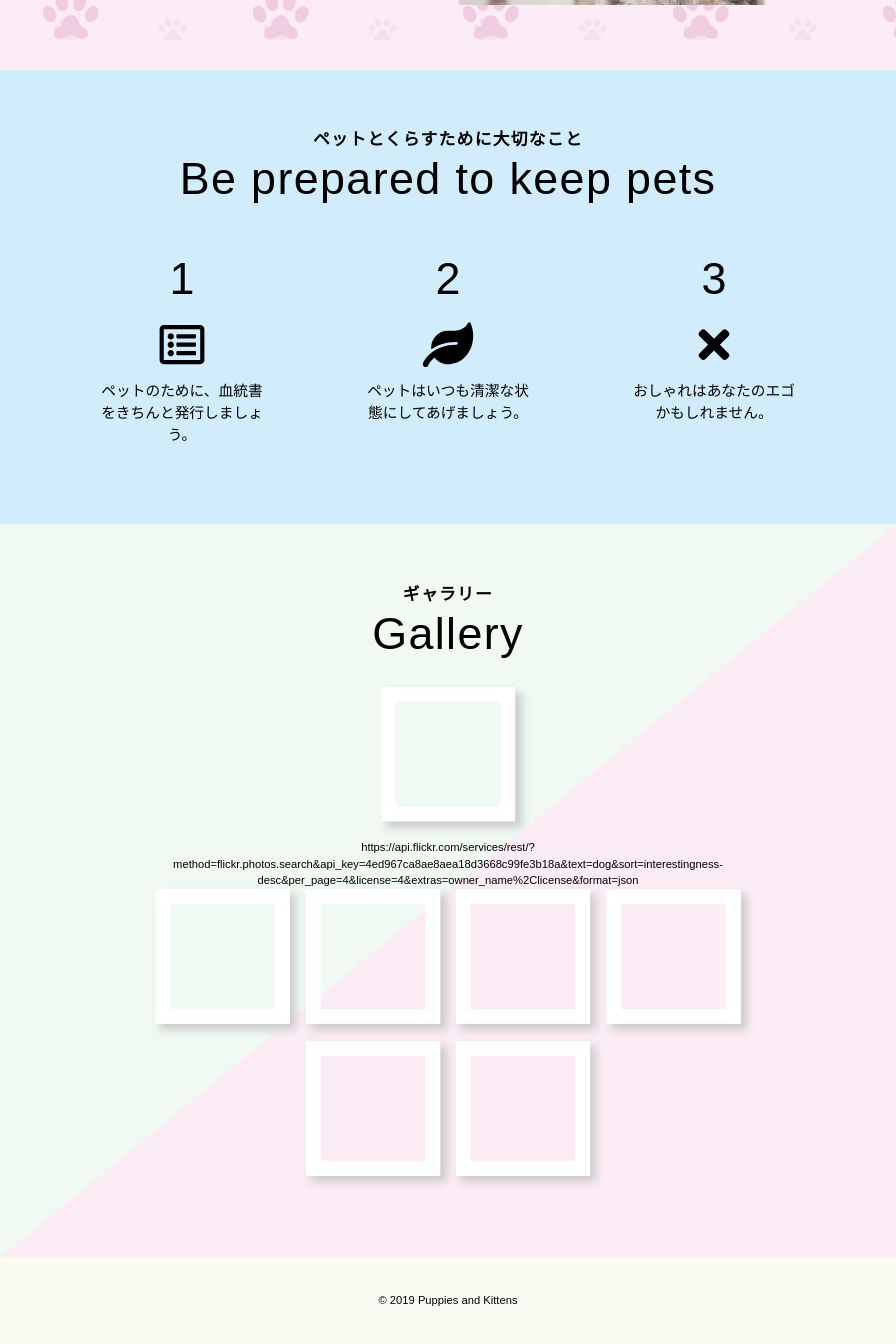
Repository: taekowithrowgit/frontend
Page: environment/api/add-api/rich-site/index.html
The author's editor kept a record of every edit. The page is drawn from the files as they stood at one moment, then again after the next edit.
The browser window is 1280 px wide. The pictures show the part of the page from y = 2149 to 4069 px (the page is 4069 px tall), at 70% of full size.
A picture or video elsewhere on the page could not be fetched, so the positions and the page height are approximate. The page's requests for data from a server got no answer. Some web fonts or font styles are not loaded; a fallback is used.

Above is the page before.

After the next edit:
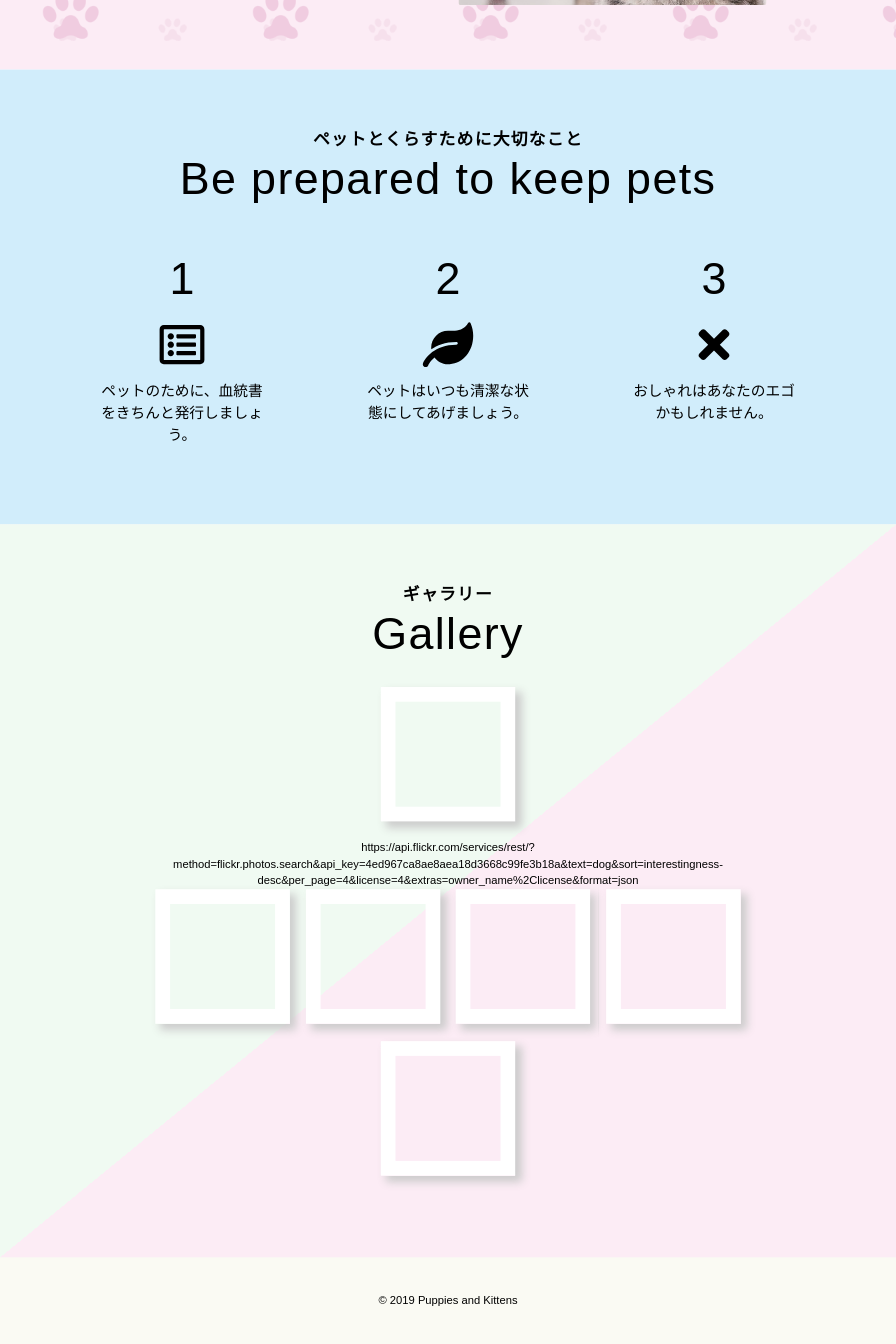
The edit:
--- a/environment/api/add-api/rich-site/index.html
+++ b/environment/api/add-api/rich-site/index.html
@@ -346,7 +346,7 @@
         <!--  <img class="img-fluid" src="img/gallery-thumbnail/kitten2.jpg" width="150" height="150" alt="スコティッシュフォールド">-->
         <!--</a>-->
       </div>
-      <div class="image-gallery__item">
+      <div class="image-gallery__">
         <!--<a class="d-inline-block" href="img/kitten3.jpg">-->
         <!--  <img class="img-fluid" src="img/gallery-thumbnail/kitten3.jpg" width="150" height="150" alt="ベンガル">-->
         <!--</a>-->
